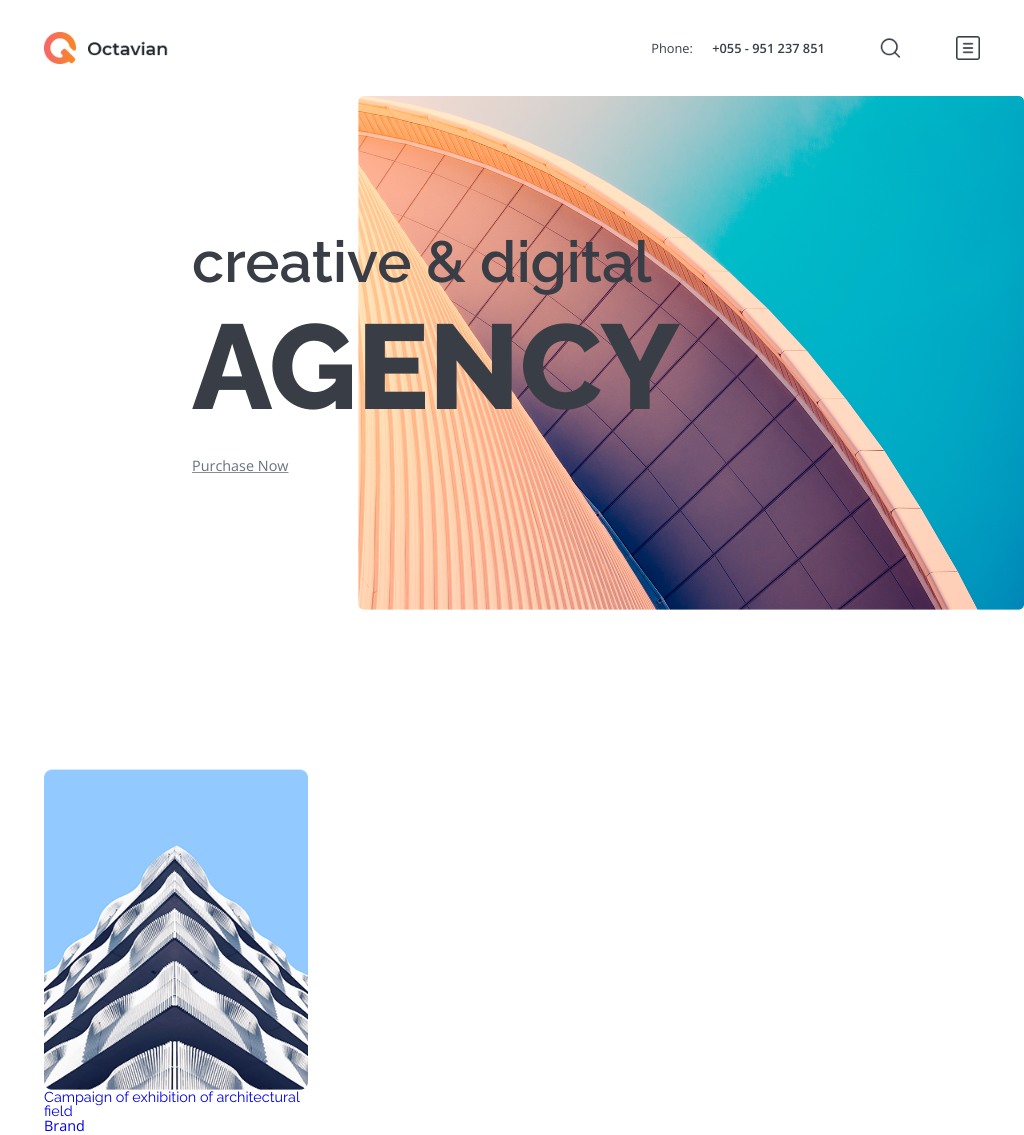
Repository: huydev0401/octavian-1
Page: index.html
An editor plug-in stored every save of this project. The page is shown before and after the next save, followed by the edit.
The browser window is 1280 px wide. The pictures show the whole page, at 80% of full size.
The style sheet was rebuilt from its Sass, Less or Tailwind sources for each picture, by a compiler version that may differ from the author's.

Above is the page before, as saved 2021-09-02 14:05:12.

### index.html
<!DOCTYPE html>
<html lang="en">
  <head>
    <meta charset="UTF-8" />
    <meta http-equiv="X-UA-Compatible" content="IE=edge" />
    <meta name="viewport" content="width=device-width, initial-scale=1.0" />
    <title>Octavian 1</title>
    <link rel="preconnect" href="https://fonts.googleapis.com">
    <link rel="preconnect" href="https://fonts.gstatic.com" crossorigin>
    <link
        href="https://fonts.googleapis.com/css2?family=Open+Sans:ital,wght@0,300;0,400;0,600;1,700&family=Raleway:wght@400;600;700;800&display=swap"
        rel="stylesheet">
    <link href="https://unpkg.com/ionicons@4.5.10-0/dist/css/ionicons.min.css" rel="stylesheet">
    <link rel="stylesheet" href="./css/app.css">
  </head>
  <body>
    <div class="wrapper">
        <header class="header">
            <div class="container">
                <div class="header-main">
                    <a href="index.html" class="header-logo">
                        <img src="./images/logo.png" alt="">
                    </a>
                    <div class="navigation">
                        <span class="header-phone">
                            Phone: <a href="tel: +055 - 951 237 851">+055 - 951 237 851</a>
                        </span>
                        <img src="./images/icon-search.png" alt="" class="icon-search">
                        <img src="./images/icon-bars.png" alt="" class="menu-toogle">
                    </div>
                </div>
            </div>
        </header>
        <main class="main">
            <div class="hero">
                <img src="./images/img1.png" alt="" class="hero-image">
                <div class="hero-content">
                    <h2 class="hero-caption">
                        creative & digital
                    </h2>
                    <h1 class="hero-heading">
                        Agency
                    </h1>
                    <a href="#" class="hero-link">Purchase Now</a>
                </div>
            </div>
            <div class="portfolio">
                <div class="container">
                   <div class="portfolio-list">
                        <div class="portfolio-column">
                            <div class="portfolio-item">
                                <a href="#" class="portfolio-image">
                                    <img src="./images/img2.png" alt="">
                                </a>
                                <h3>
                                    <a class="portfolio-title" href="#">Campaign of exhibition of architectural field</a>
                                </h3>
                                <span>
                                    <a href="#" class="portfolio-category">Brand</a>
                                </span>
                            </div>
                        </div>
                        <div class="portfolio-column"></div>
                        <div class="portfolio-column"></div>
                   </div>
                </div>
            </div>
        </main>
    </div>
  </body>
</html>

### scss/app.scss
@import "variables";
@import "function";
@import "reset";
@import "base";
@import "header";
@import "hero";
@import "portfolio";

### scss/_variables.scss
$primary-font: "Open Sans", sans-serif;
$secondary-font: "Raleway", sans-serif;
$gray: #393e46;
$gray-dark: #282f3a;
$gray-darkest: #252b36;
$gray-light: #6a727f;
$gray-lightest: #f8f8f9;
$blue-color: #4a44f2;

### scss/_function.scss
@use 'sass:math';
@function lineH($s, $h) {
  @return math.div($s, $h);
} ;

### scss/_base.scss
*,
*:before,
*:after {
  box-sizing: border-box;
}
/* using rem unit */
html {
  font-size: 62.5%;
  scroll-behavior: smooth;
}
a {
  text-decoration: none;
}
img {
  display: block;
  max-width: 100%;
}
body {
  font-family: $primary-font;
  font-size: 18px;
  line-height: 1;
}
input,
button,
textarea,
select {
  outline: none;
  font-family: "Poppins", sans-serif;
  font-size: 16px;
  line-height: 1;
}
input {
  line-height: normal;
}
button {
  cursor: pointer;
}

h1,
h2,
h3,
h4,
h5,
h6 {
  font-family: $secondary-font;
}

.wrapper {
  max-width: 1920px;
  margin: 0 auto;
}

.container {
  max-width: 1200px;
  margin: 0 auto;
  padding-left: 15px;
  padding-right: 15px;
}

.title {
  font-size: 22px;
  line-height: lineH(35, 22);
  color: $gray;
  font-weight: 800;
}

### scss/_header.scss
.header {
  &-main {
    padding: 40px 0;
    display: flex;
    align-items: center;
    justify-content: space-between;
  }
  &-logo {
    display: inline-block;
  }
  &-phone {
    display: inline-block;
    font-size: 16px;
    font-weight: 300;
    color: $gray;
    a {
      font-weight: 600;
      color: inherit;
      margin-left: 20px;
    }
  }
}

.navigation {
  display: flex;
  align-items: center;
  gap: 0 70px;
}

### scss/_hero.scss
.hero {
  margin-bottom: 200px;
  position: relative;
  &-image {
    margin-left: auto;
    max-width: 65%;
  }
  &-content {
    position: absolute;
    z-index: 2;
    left: 18.75%;
    top: 50%;
    transform: translateY(-50%);
    color: $gray;
  }
  &-caption {
    font-size: 72px;
    font-weight: 600;
    margin-bottom: 20px;
  }
  &-heading {
    font-size: 150px;
    font-weight: 800;
    text-transform: uppercase;
    margin-bottom: 40px;
  }
  &-link {
    color: $gray-light;
    text-decoration: underline;
  }
}

### scss/_portfolio.scss
.portfolio {
  &-list {
    display: grid;
    grid-template-columns: repeat(3, 1fr);
    grid-gap: 0 90px;
  }
}

Loaded but not shown: scss/_reset.scss (common file)

After the next save:
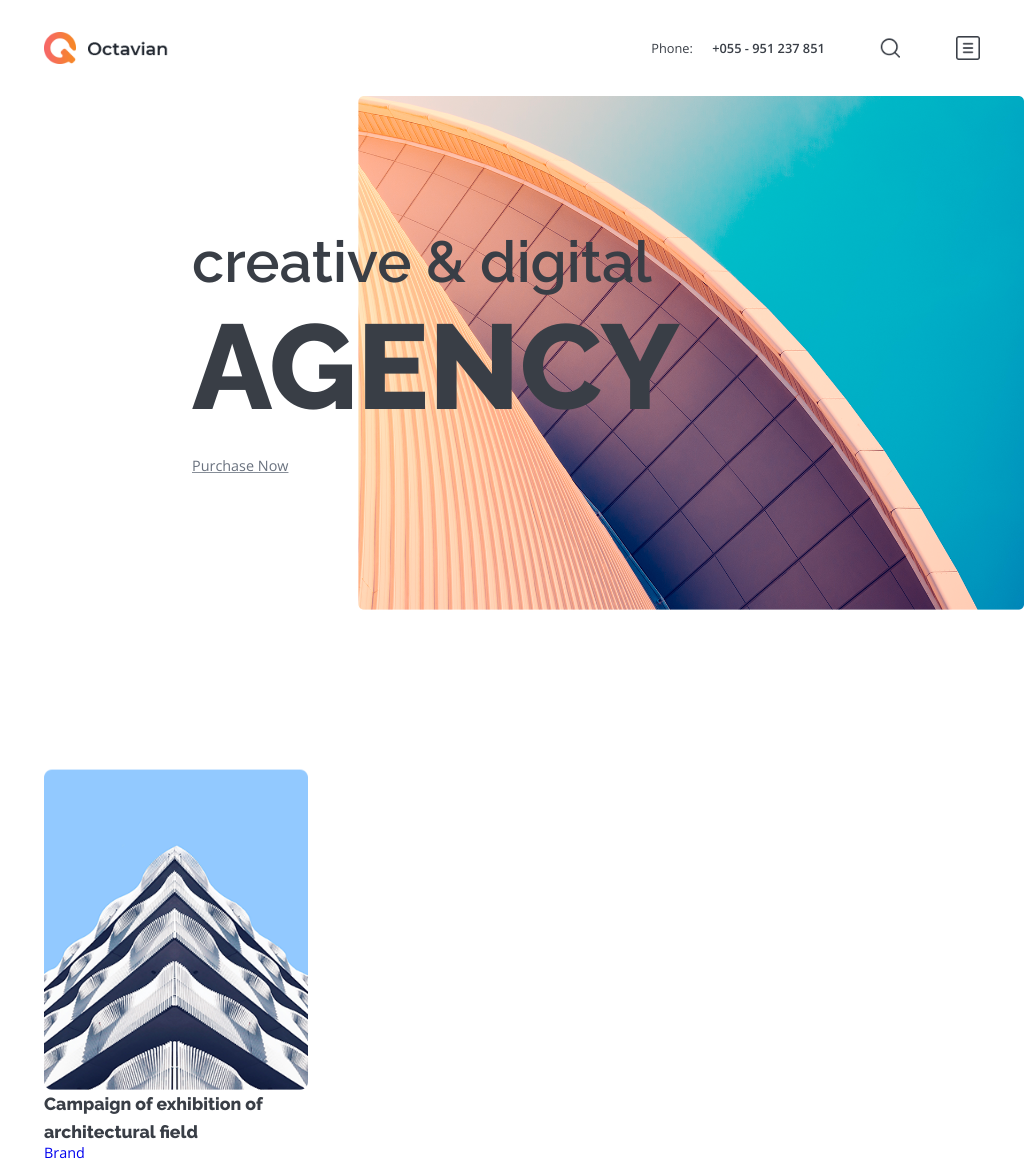
Saved 22 s later.
--- a/index.html
+++ b/index.html
@@ -53,7 +53,7 @@
                                     <img src="./images/img2.png" alt="">
                                 </a>
                                 <h3>
-                                    <a class="portfolio-title" href="#">Campaign of exhibition of architectural field</a>
+                                    <a class="portfolio-title title" href="#">Campaign of exhibition of architectural field</a>
                                 </h3>
                                 <span>
                                     <a href="#" class="portfolio-category">Brand</a>
